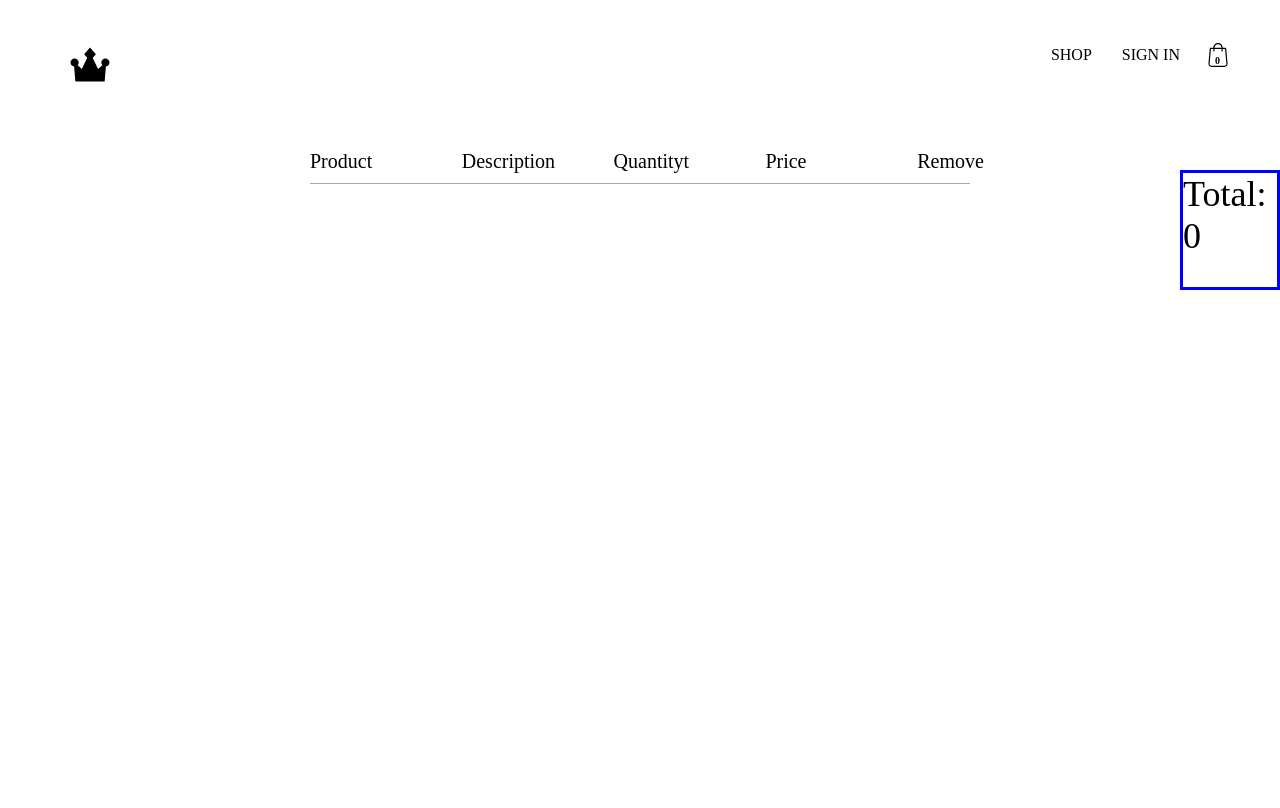
Repository: Chadi2000/crwn-clothing
Page: /checkout
The author's editor kept a copy of each file at every save. The page is drawn from the files as they stood at one save, then again after the next save.
The browser window is 1280 px wide. The pictures show the whole page.
The project was rebuilt for these pictures with package versions that can differ from the ones it lists, and the page was loaded fresh each time. Also part of the build but not shown: src/categories.styles.scss, src/components/category-item/category-item.styles.scss, src/components/category-item/category-item.component.jsx, src/components/directory/directory.styles.scss, src/components/directory/directory.component.js, src/routes/home/home.component.jsx, src/components/button/button.styles.scss, src/components/button/button.component.jsx and 18 more.

Above is the page before, as saved 2024-02-19 00:04:55.

After the next save:
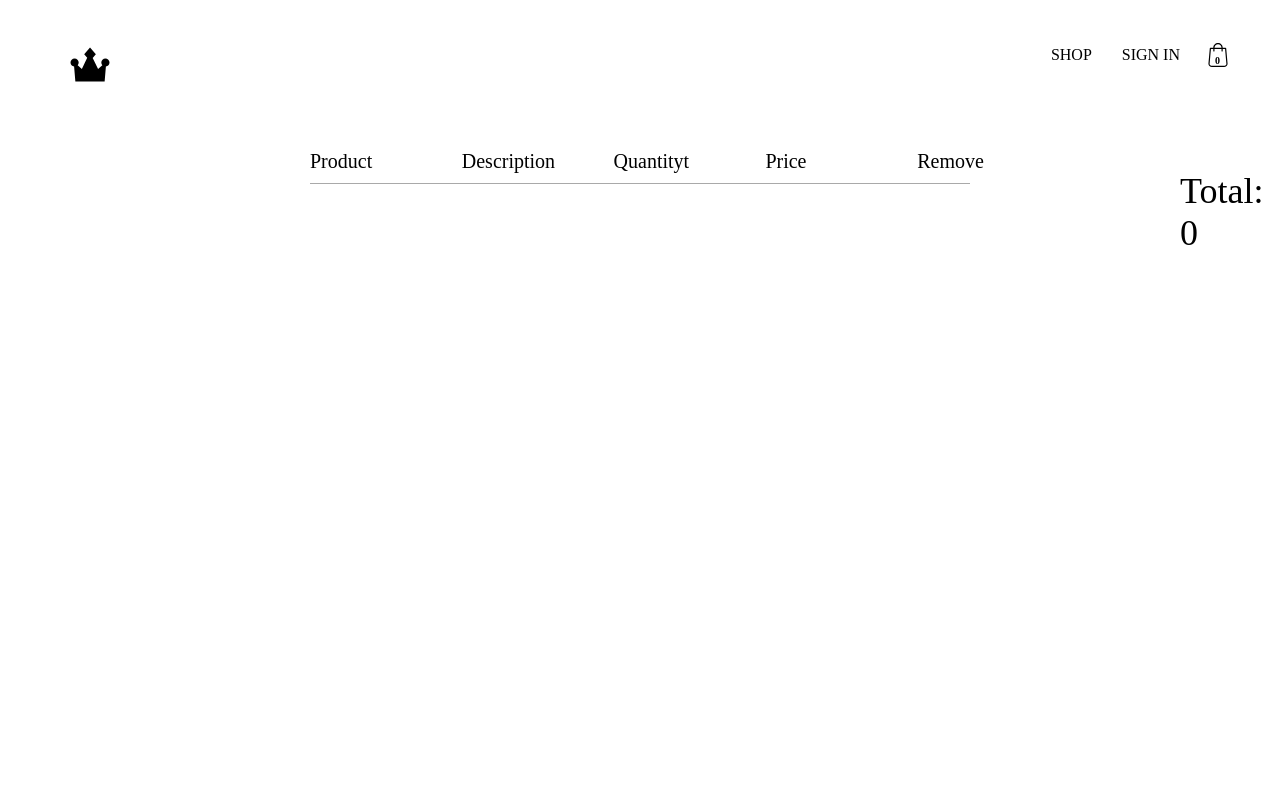
Saved 30 s later.
--- a/src/routes/checkout/checkout.styles.scss
+++ b/src/routes/checkout/checkout.styles.scss
@@ -45,6 +45,6 @@
         right: 0;
         width: 100px;
         height: 120px;
-        border: 3px solid blue;
+
     }
 }
